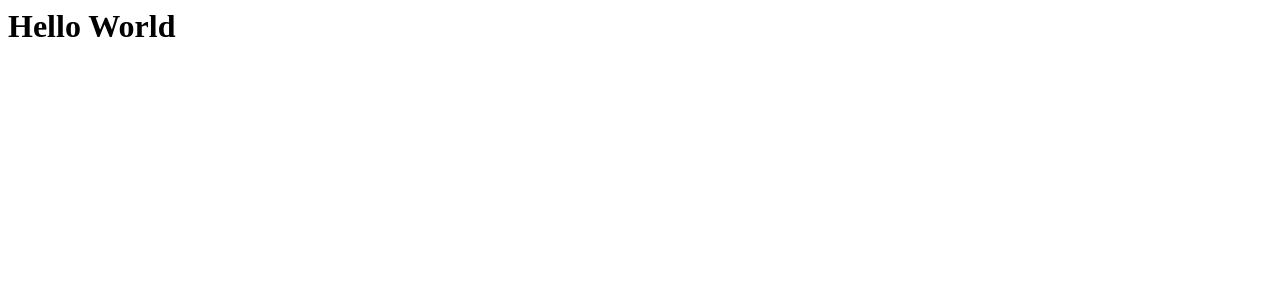
Repository: sanjayykrishnaa/Flask
Page: http://localhost/
An editor plug-in stored every save of this project. The page is shown before and after the next save, followed by the edit.
The browser window is 1280 px wide. The pictures show the whole page.
The page is served by the project's application, run on Flask 3 (app.py).

Above is the page before, as saved 2024-02-12 12:02:42.

### app.py
from flask import Flask
app = Flask(__name__)

@app.route('/')

def home():
    return '<h1>Hello World<h1>'

@app.route('/about')

def about():
    return '<h1>About<h1>'

app.run()

After the next save:
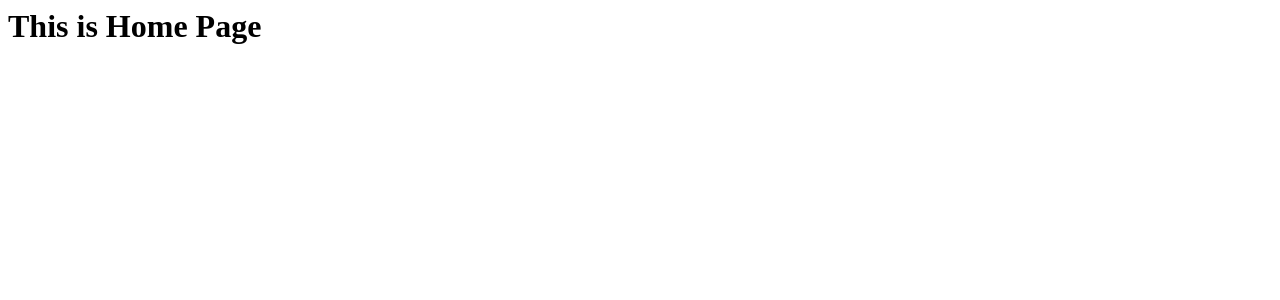
Saved 16 min 1 s later.
--- a/app.py
+++ b/app.py
@@ -4,11 +4,11 @@ app = Flask(__name__)
 @app.route('/')
 
 def home():
-    return '<h1>Hello World<h1>'
+    return '<h1>This is Home Page<h1>'
 
-@app.route('/about')
+@app.route('/profile/about')
 
 def about():
-    return '<h1>About<h1>'
+    return '<h1>This is About Page'
 
 app.run()
